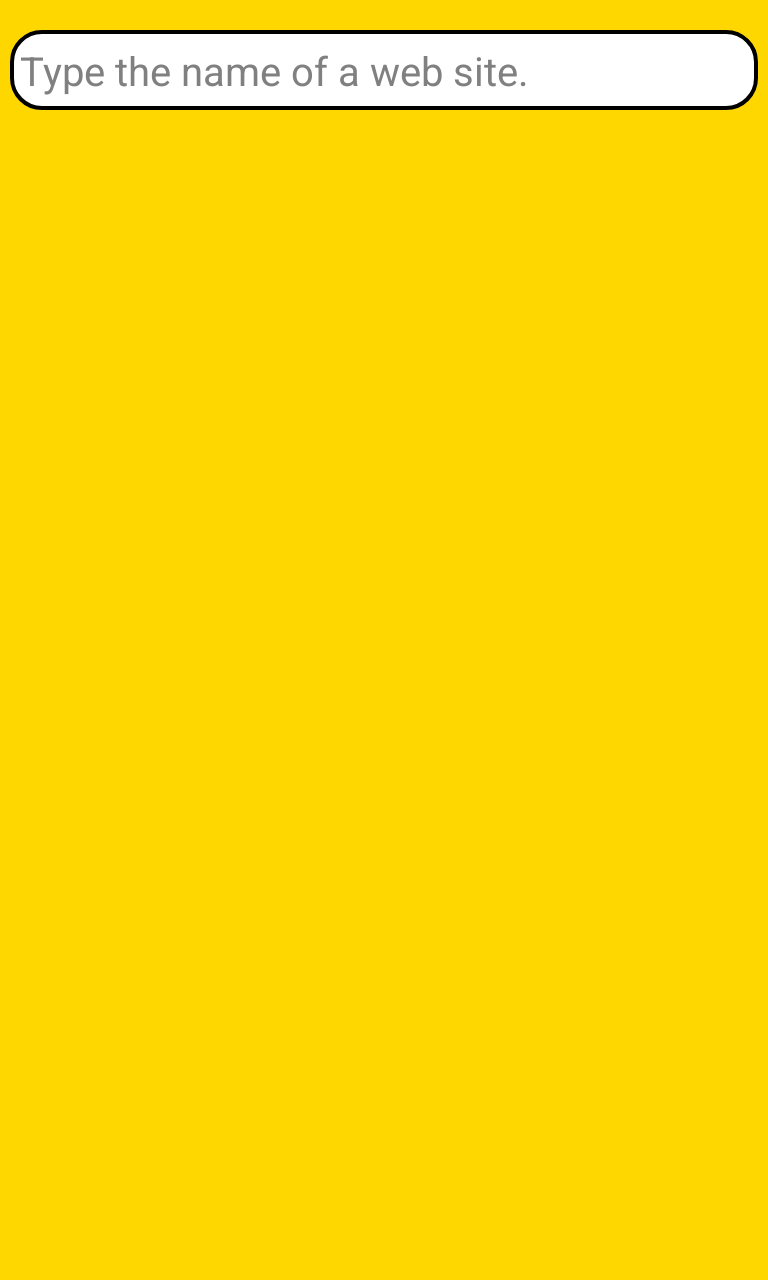
Repository: kenshiryu7/mdv-projects
Layout: MDF3/project_4/Project4/res/layout/main_lay.xml
The author's editor kept a copy of each file at every save. The layout is drawn from the files as they stood at one save, then again after the next save.
It is drawn on a 768 x 1280 px phone screen (xhdpi) without system bars, with theme AppTheme; the app's code is not run.

Above is the layout before, as saved 2013-02-27 06:10:59.

After the next save:
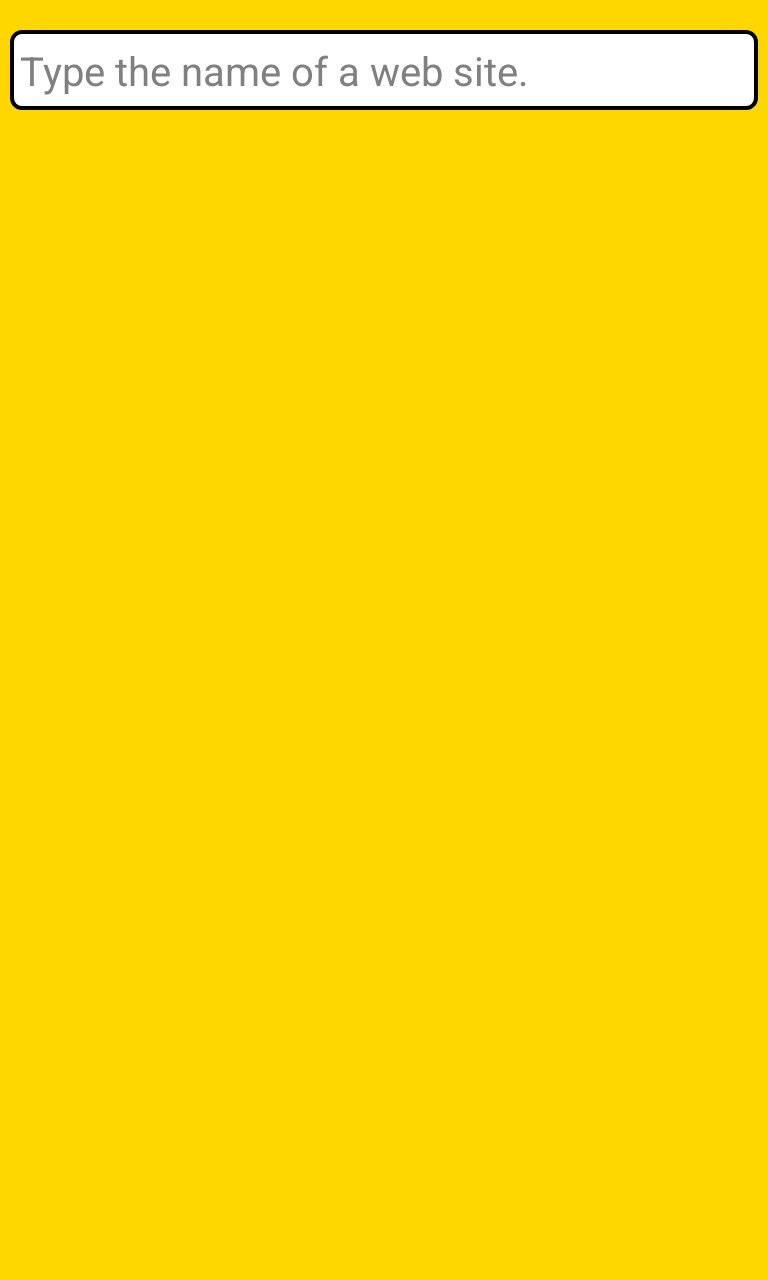
Saved 14 s later.
--- a/MDF3/project_4/Project4/res/drawable-hdpi/border.xml
+++ b/MDF3/project_4/Project4/res/drawable-hdpi/border.xml
@@ -6,10 +6,10 @@
     <stroke android:width="2dp" android:color="#000000"/>
 
     <corners
-        android:bottomRightRadius="15dp"
-        android:bottomLeftRadius="15dp"
-        android:topLeftRadius="15dp"
-        android:topRightRadius="15dp">
+        android:bottomRightRadius="5dp"
+        android:bottomLeftRadius="5dp"
+        android:topLeftRadius="5dp"
+        android:topRightRadius="5dp">
 
     </corners>
 
